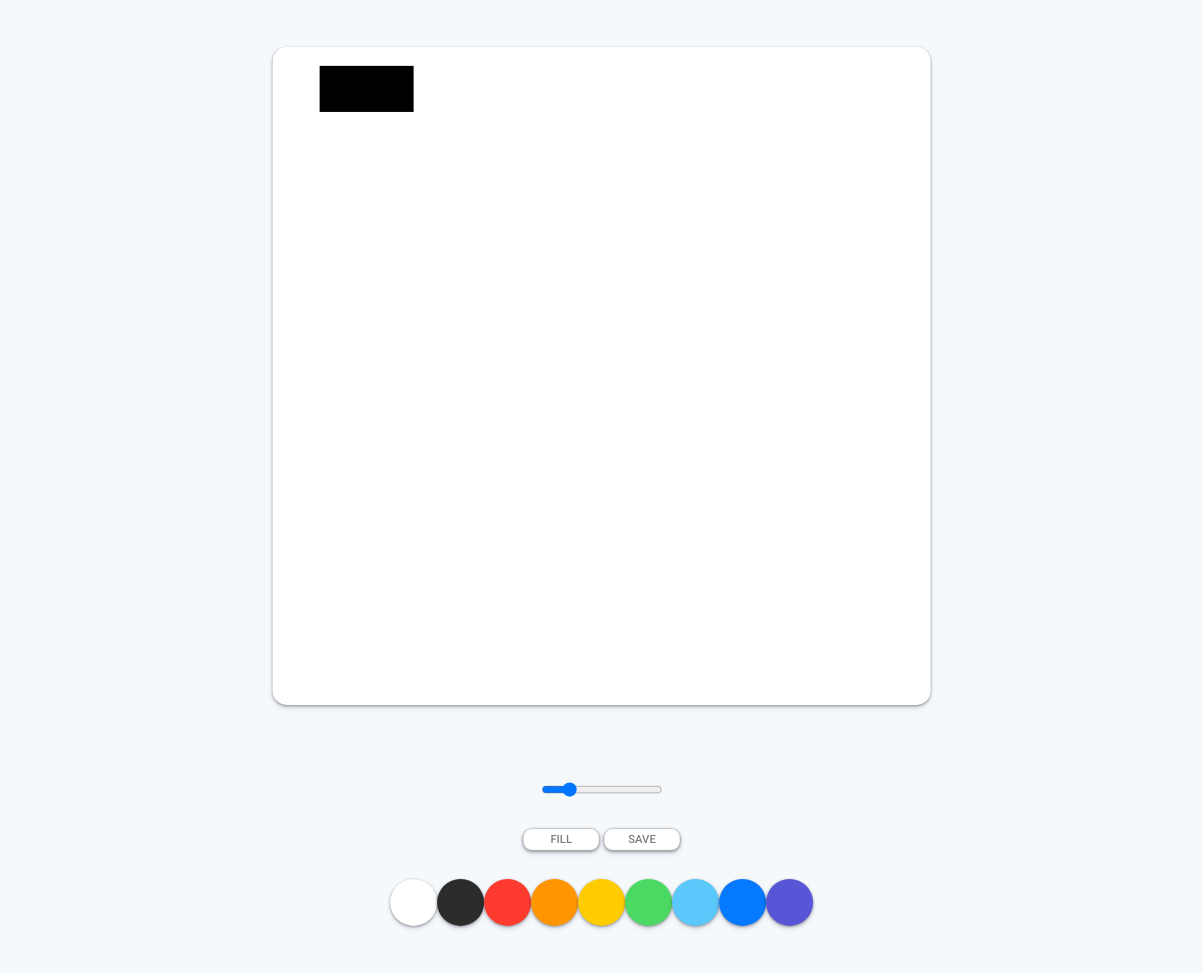
Repository: haleyjung/paintjs
Page: index.html
These files come from the project's save history. The page is drawn as it stood at one moment and after the next save; the edit follows.
The browser window is 1280 px wide. The pictures show the whole page, at 94% of full size.

Above is the page before, as saved 2020-11-25 23:42:25.

### index.html
<!DOCTYPE html>
<html lang="en">
<head>
    <meta charset="UTF-8">
    <meta name="viewport" content="width=device-width, initial-scale=1.0">
    <link rel="stylesheet" href="style.css" />
    <title>PaintJS</title>
</head>
<body>

    <canvas id="jsCanvas" class="canvas"></canvas>

    <div class="controls">
        <!-- Range Input -->
        <div class="controls__range">
            <input
            type="range"
            id="jsRange"
            min="0.1"
            max="10"
            value="2.5"
            steps="0.1"
            />
        </div>

        <!-- Buttons -->
        <div class="controls__btns">
            <button id="jsMode">Fill</button>
            <button id="jsSave">Save</button>
        </div>

        <!-- Paint -->
        <div class="controls__colors" id="jsColors">
            <div
                class="controls__color jsColor"
                style="background-color:white"
                ></div>
            <div
                class="controls__color jsColor"
                style="background-color:#2c2c2c"
                ></div>
            <div
                class="controls__color jsColor"
                style="background-color:#ff3b30"
                ></div>
            <div
                class="controls__color jsColor"
                style="background-color:#ff9500"
                ></div>
            <div
                class="controls__color jsColor"
                style="background-color:#ffcc00"
                ></div>
            <div
                class="controls__color jsColor"
                style="background-color:#4cd963"
                ></div>
            <div
                class="controls__color jsColor"
                style="background-color:#5ac8fa"
                ></div>
            <div
                class="controls__color jsColor"
                style="background-color:#0579ff"
                ></div>
            <div
                class="controls__color jsColor"
                style="background-color:#5856d6"
                ></div>
        </div>

    </div>

    <script src="app.js"></script>
</body>
</html>

### style.css
@import "reset.css";
@import url("https://fonts.googleapis.com/css2?family=Roboto:wght@300;400;500;700&display=swap");

body {
  background-color: #f6f9fc;
  font-family: "Roboto", sans-serif;
  display: flex;
  flex-direction: column;
  align-items: center;
  padding: 50px 0px;
}

.canvas {
  width: 700px;
  height: 700px;
  background-color: white;
  border-radius: 15px;
  box-shadow: 0 4px 6px rgba(50, 50, 93, 0.11), 0 1px 3px rgba(0, 0, 0, 0.4);
}

.controls {
  margin-top: 80px;
  display: flex;
  flex-direction: column;
  align-items: center;
}

.controls .controls__btns {
  margin-bottom: 30px;
}

.controls__btns button {
  all: unset;
  cursor: pointer;
  background-color: white;
  padding: 5px 0px;
  width: 80px;
  text-align: center;
  border-radius: 10px;
  border: 1px solid rgba(0, 0, 0, 0.2);
  color: rgba(0, 0, 0, 0.5);
  box-shadow: 0 4px 6px rgba(50, 50, 93, 0.11), 0 1px 3px rgba(0, 0, 0, 0.4);
  text-transform: uppercase;
  font-weight: 500;
  font-size: 12px;
}

.controls__btns button:active {
  transform: scale(0.98);
}

.controls .controls__colors {
  display: flex;
}

.controls__colors .controls__color {
  width: 50px;
  height: 50px;
  border-radius: 50%;
  cursor: pointer;
  box-shadow: 0 4px 6px rgba(50, 50, 93, 0.11), 0 1px 3px rgba(0, 0, 0, 0.4);
}

.controls__range {
  margin-bottom: 30px;
}

### app.js
// Detect when mouse is on top of the canvas
const canvas = document.getElementById("jsCanvas");
const ctx = canvas.getContext("2d");
const colors = document.getElementsByClassName("jsColor");
const range = document.getElementById("jsRange");
const mode = document.getElementById("jsMode");

// Give a size to the pixel modifier in addition to css
canvas.width = 700;
canvas.height = 700;

// Set the style of the stroke in canvas
ctx.strokeStyle ="#2c2c2c"
ctx.lineWidth=2.5;

// Set filling the canvas with selected color
ctx.fillRect(50, 20, 100, 49);

let painting = false;
let filling = false;

// Stop painting when mouse leaves the canvas or we let go of it
function stopPainting(){
    painting = false;
}

function startPainting(){
    painting = true;
}

// offsetX, offsetY is the canvas area (client is the whole window)
function onMouseMove(event){
    const x = event.offsetX;
    const y = event.offsetY;
    // Create a starting point of a path(line)
    if(!painting){
        ctx.beginPath();
        ctx.moveTo(x, y);
    } else {
        ctx.lineTo(x, y);
        // Make path visible
        ctx.stroke();
    }
}

function handleColorClick(event){
    const color = event.target.style.backgroundColor;
    // Override strokestyle with color
    ctx.strokeStyle = color;
}

// Set line width according to the range
function handleRangeChange(event){
    const size = event.target.value;
    ctx.lineWidth = size;
}

// Fill <-> Paint
function handleModeClick(){
    if(filling === true) {
        filling = false;
        mode.innerText = "Fill";
    } else {
        filling = true;
        mode.innerText = "Paint";
    }
}

if(canvas){
    canvas.addEventListener("mousemove", onMouseMove);
    canvas.addEventListener("mousedown", startPainting);
    canvas.addEventListener("mouseup", stopPainting);
    canvas.addEventListener("mouseleave", stopPainting);
}

// Change strings to array and make event listener
Array.from(colors).forEach(color =>
    color.addEventListener("click", handleColorClick)
);

if(range){
    range.addEventListener("input", handleRangeChange)
};

if(mode){
    mode.addEventListener("click", handleModeClick)
};

Loaded but not shown: reset.css (common file)

After the next save:
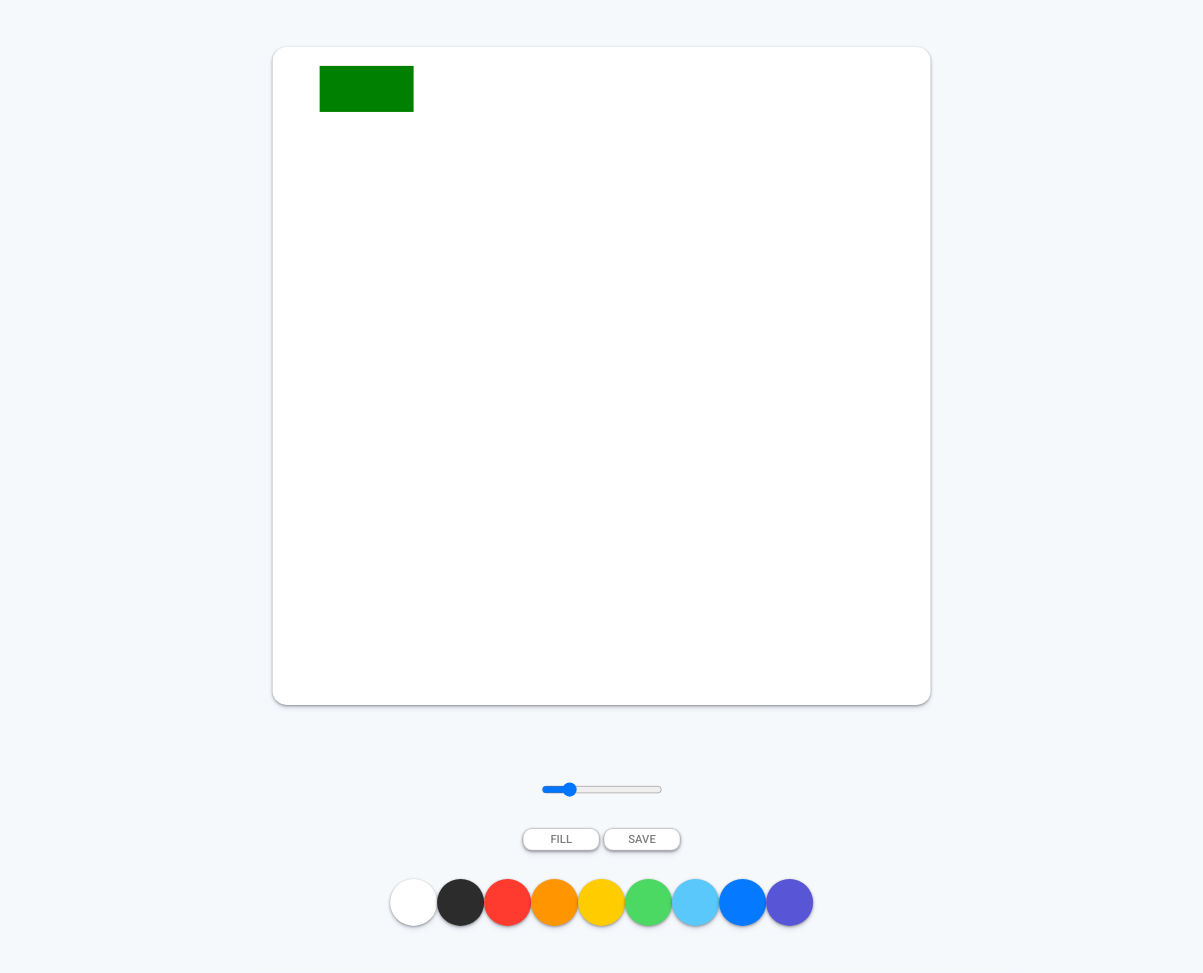
Saved 93 s later.
--- a/app.js
+++ b/app.js
@@ -14,6 +14,7 @@ ctx.strokeStyle ="#2c2c2c"
 ctx.lineWidth=2.5;
 
 // Set filling the canvas with selected color
+ctx.fillStyle = "green";
 ctx.fillRect(50, 20, 100, 49);
 
 let painting = false;
